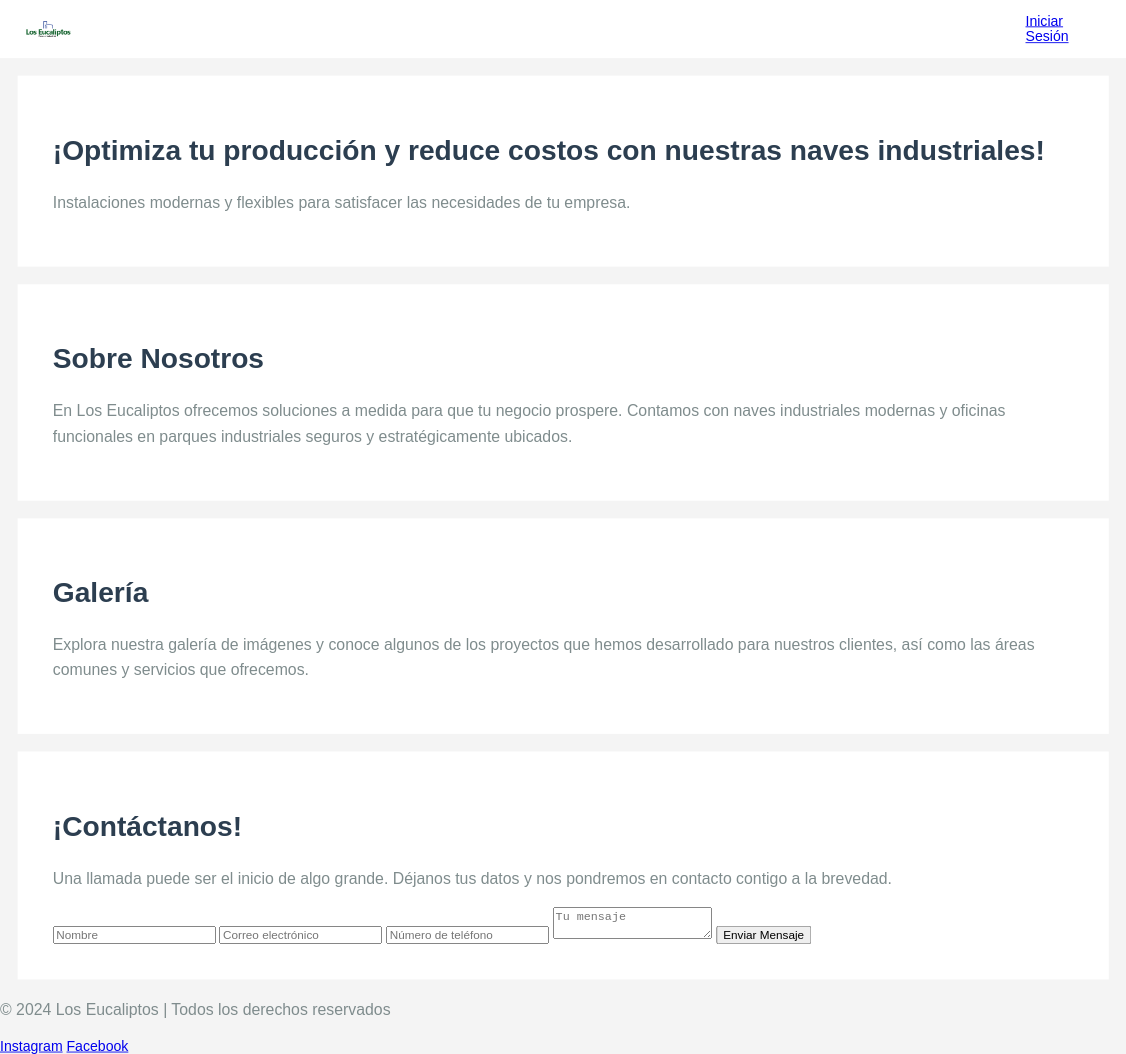
Repository: Los-Eucaliptos-WebApp/Los-Eucaliptos-FrontEnd
Page: pages/los-eucaliptos-home-page/index.html
These files come from the project's save history. The page is drawn as it stood at one moment and after the next save; the edit follows.
The browser window is 1280 px wide. The pictures show the whole page, at 88% of full size.

Above is the page before, as saved 2025-02-16 21:55:43.

After the next save:
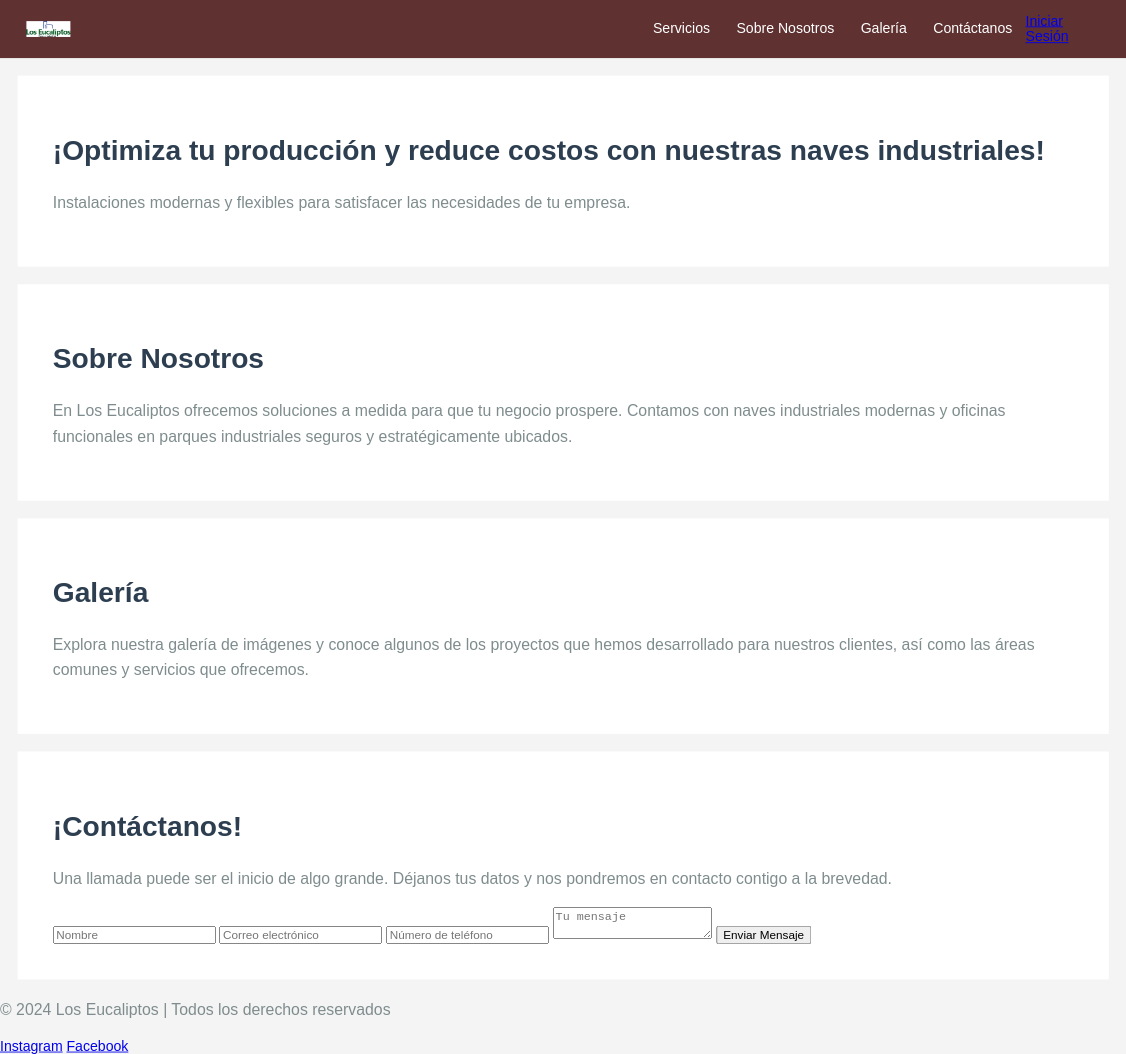
Saved 6 s later.
--- a/pages/los-eucaliptos-home-page/styles.css
+++ b/pages/los-eucaliptos-home-page/styles.css
@@ -11,7 +11,7 @@ header {
     display: flex;
     justify-content: space-between;
     align-items: center;
-    background: #ffffff;
+    background: #5f3131;
     color: rgb(10, 45, 85);
     padding: 15px 30px;
 }
